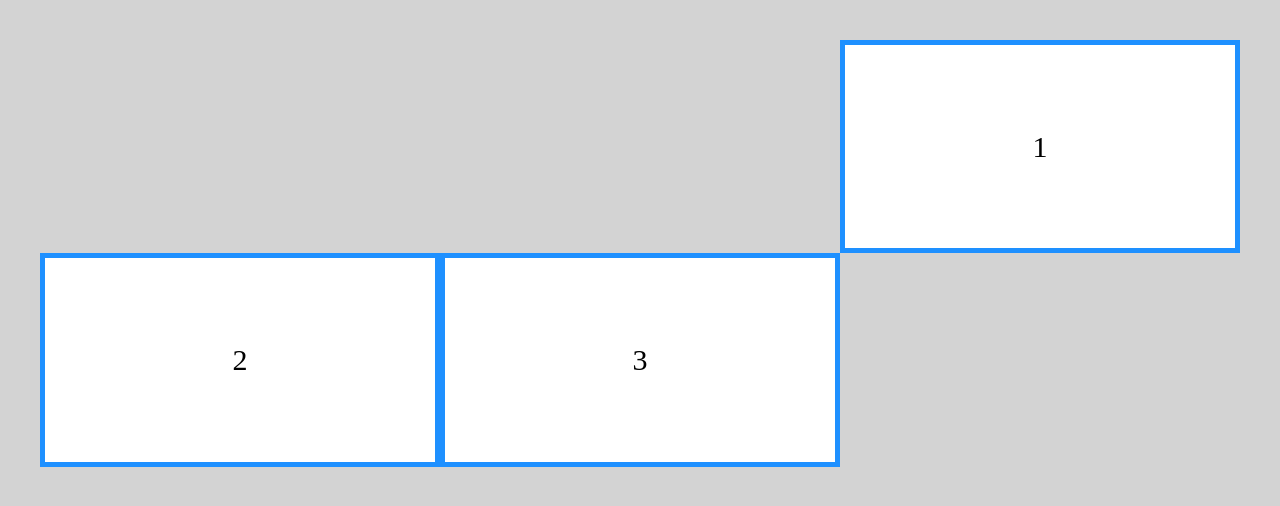
Repository: eversonps/flexbox-grid-css
Page: grid/cssgrid2.html
The author's editor kept a copy of each file at every save. The page is drawn from the files as they stood at one save, then again after the next save.
The browser window is 1280 px wide. The pictures show the whole page.

Above is the page before, as saved 2022-03-23 16:42:26.

After the next save:
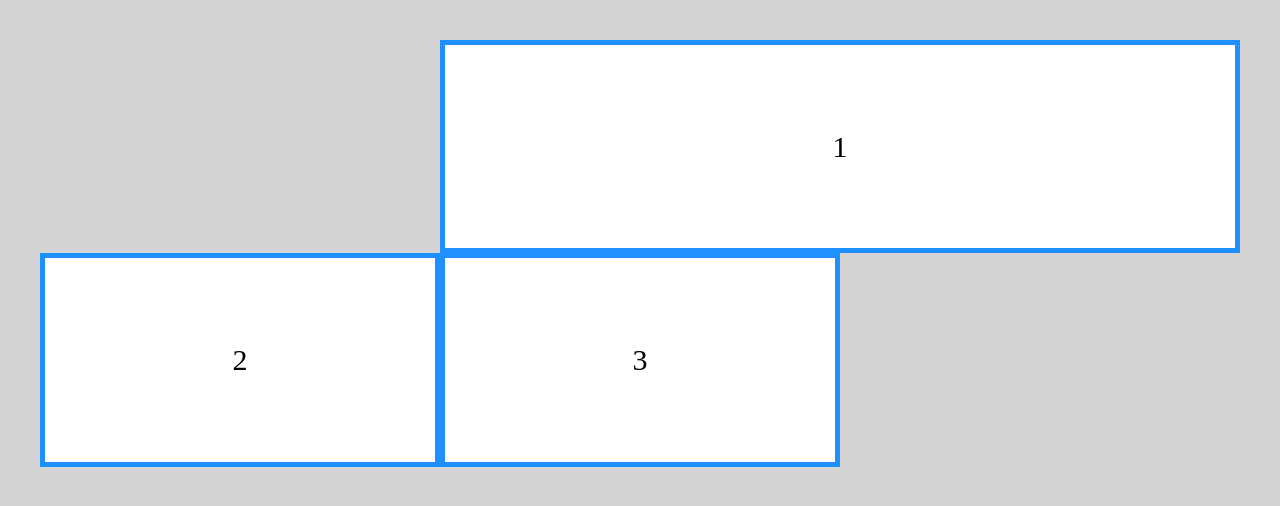
Saved 38 s later.
--- a/grid/cssgrid2.html
+++ b/grid/cssgrid2.html
@@ -32,7 +32,10 @@
         .d1{
             grid-column-start: metade2;
             grid-column-end: fim;
+            grid-column: metade1 / fim;
         }
+
+
     </style>
 </head>
 
